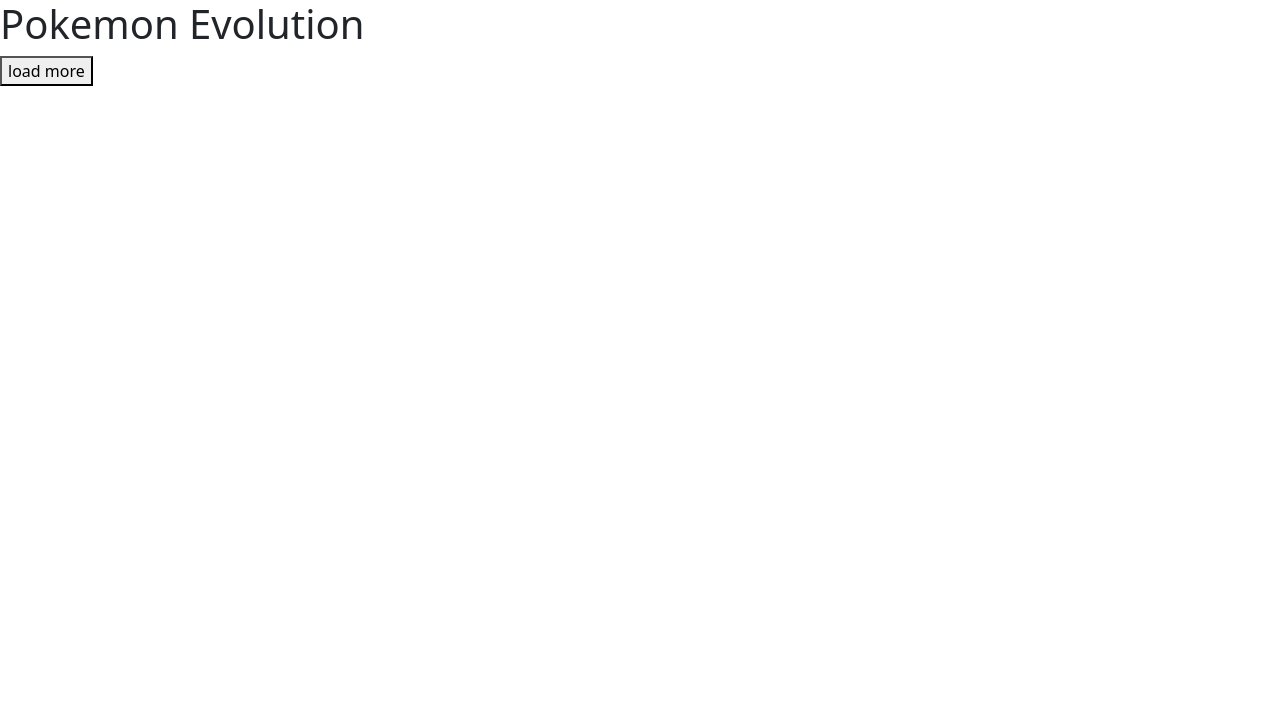
Repository: rakyp007/pokemon-api
Page: / (app in pokemo-api/)
These files come from the project's save history. The page is drawn as it stood at one moment and after a run of saves; the edit follows.
The browser window is 1280 px wide. The pictures show the whole page.
The page's requests for data from a server got no answer. The project was rebuilt for these pictures with package versions that can differ from the ones it lists, and the page was loaded fresh each time. No one was signed in, and anything a server would have sent is missing. Also part of the build but not shown: pokemo-api/src/components/pokemonThumnail.js.

Above is the page before, as saved 2022-09-17 17:23:29.

### pokemo-api/src/index.js
import React from 'react';
import ReactDOM from 'react-dom/client';
import './index.css';
import App from './App';
import './App.css'
import "bootstrap/dist/css/bootstrap.min.css";

const root = ReactDOM.createRoot(document.getElementById('root'));
root.render(
    <App />
);

### pokemo-api/src/App.js
import { useEffect, useState } from "react";
import "./App.css"
import PokemonThumnail from "./components/pokemonThumnail";

function App() {

  const [allPokemon, setAllPokemons] = useState([])
  const [loadMore, setLoadMore] = useState("https://pokeapi.co/api/v2/pokemon?limit=20")

  const getAllPokemons =async () => {
    const res = await fetch(loadMore)
    const data = await res.json()

    setLoadMore(data.next)

    function createPokemonOdject (result) {
      result.forEach(async (pokemon) => {
        const res = await fetch(`https://pokeapi.co/api/v2/pokemon/${pokemon.name}`)
        const data = await res.json()

        setAllPokemons(currentList => [...currentList, data])

        await console.log(allPokemon);
      })
    }
    createPokemonOdject(data.results)
  }

  useEffect(() => {
    getAllPokemons()
  }, [])


  return (
    <div className="App">
       <h1>Pokemon Evolution</h1>
       <div className="pokemon-container">
        <div className="all-container">
          {allPokemon.map((pokemon, index) =>
          <PokemonThumnail
          id={pokemon.id}
          name={pokemon.name}
          image={pokemon.sprites.other.dream_world.front_default}
          type={pokemon.types[0].type.name}
          key={index}
          />
            )}
        </div>
        <button className="load-more" onClick={() => getAllPokemons()}>load more</button>
       </div>
    </div>
  );
}

export default App;

### pokemo-api/src/App.css
@import url('https://fonts.googleapis.com/css?family=Open+Sans');

body {
  font-family: "Open Sans", serif;
}

.wrapper {
  height: 100vh;
  display: flex;
  justify-content: center;
  align-items: center;

  background: rgba(45,176,224,1);
  background: -moz-linear-gradient(45deg, rgba(45,176,224,1) 0%, rgba(96,40,168,1) 100%);
  background: -webkit-gradient(left bottom, right top, color-stop(0%, rgba(45,176,224,1)), color-stop(100%, rgba(96,40,168,1)));
  background: -webkit-linear-gradient(45deg, rgba(45,176,224,1) 0%, rgba(96,40,168,1) 100%);
  background: -o-linear-gradient(45deg, rgba(45,176,224,1) 0%, rgba(96,40,168,1) 100%);
  background: -ms-linear-gradient(45deg, rgba(45,176,224,1) 0%, rgba(96,40,168,1) 100%);
  background: linear-gradient(45deg, rgba(45,176,224,1) 0%, rgba(96,40,168,1) 100%);
  filter: progid:DXImageTransform.Microsoft.gradient( startColorstr='#2db0e0', endColorstr='#6028a8', GradientType=1 );
}

Loaded but not shown: pokemo-api/public/index.html (common file); pokemo-api/src/index.css (common file)

After the next 2 saves:
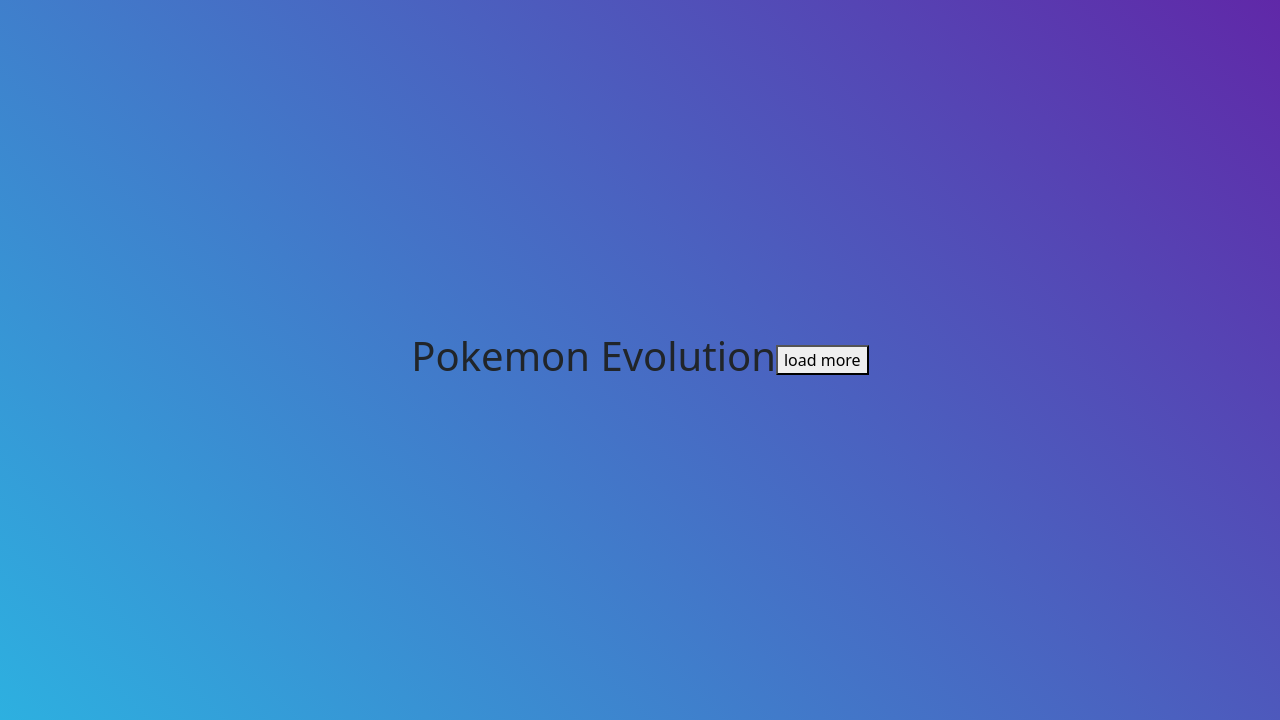
The 2 saves are shown as one change because 1 did not build or start.
The last was saved 59 s later.
--- a/pokemo-api/src/App.js
+++ b/pokemo-api/src/App.js
@@ -32,7 +32,7 @@
 
 
   return (
-    <div className="App">
+    <div className="wrapper">
        <h1>Pokemon Evolution</h1>
        <div className="pokemon-container">
         <div className="all-container">

After the save that followed:
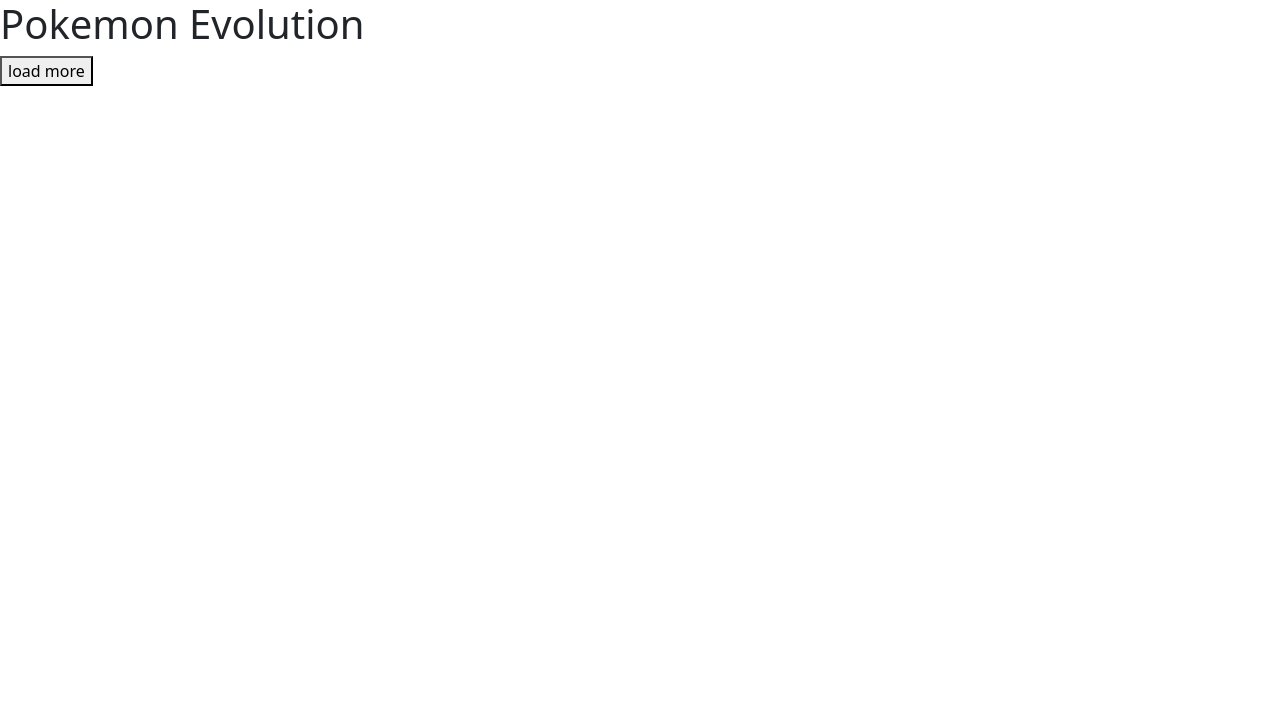
Saved 5 min 40 s later.
--- a/pokemo-api/src/App.js
+++ b/pokemo-api/src/App.js
@@ -32,7 +32,7 @@
 
 
   return (
-    <div className="wrapper">
+    <div className="app-container">
        <h1>Pokemon Evolution</h1>
        <div className="pokemon-container">
         <div className="all-container">
